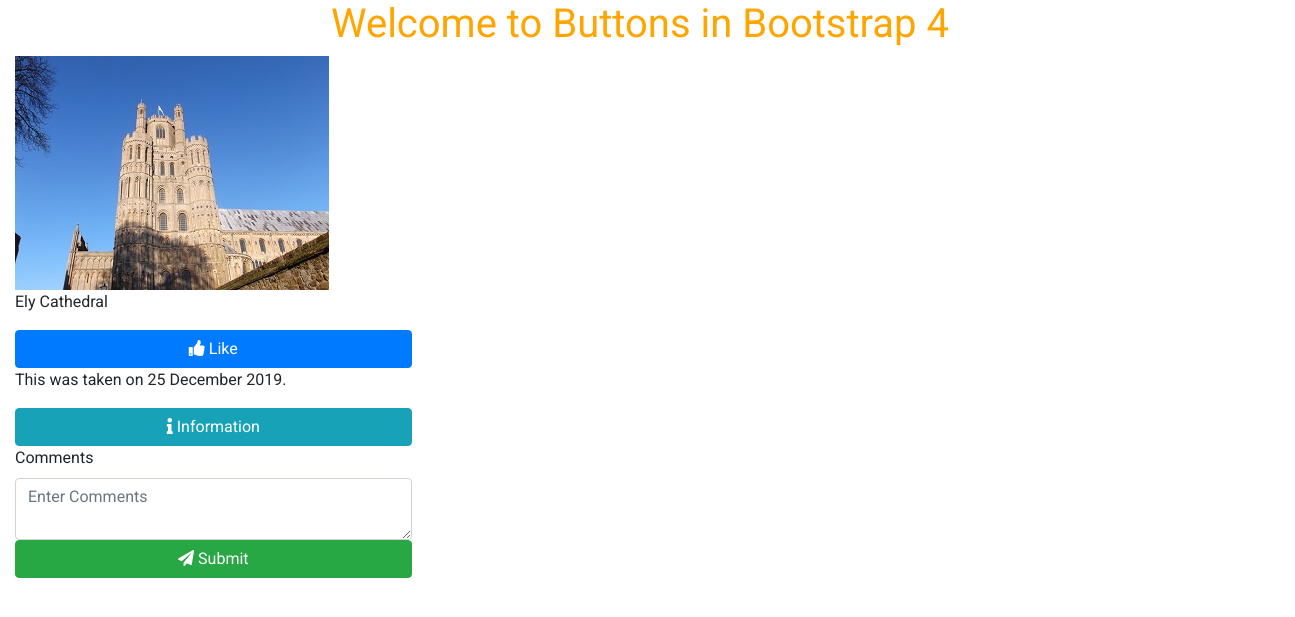
Repository: derektypist/buttons-in-bootstrap-4
Page: index.html
The author's editor kept a record of every edit. The page is drawn from the files as they stood at one moment, then again after the next edit.
The browser window is 1280 px wide. The page is 1280 px wide, then 1295 px, so the pictures cover 1295 px, including what lies to the right of the window. The pictures show the whole page.
Some web libraries are served in a nearby version.

Above is the page before.

After the next edit:
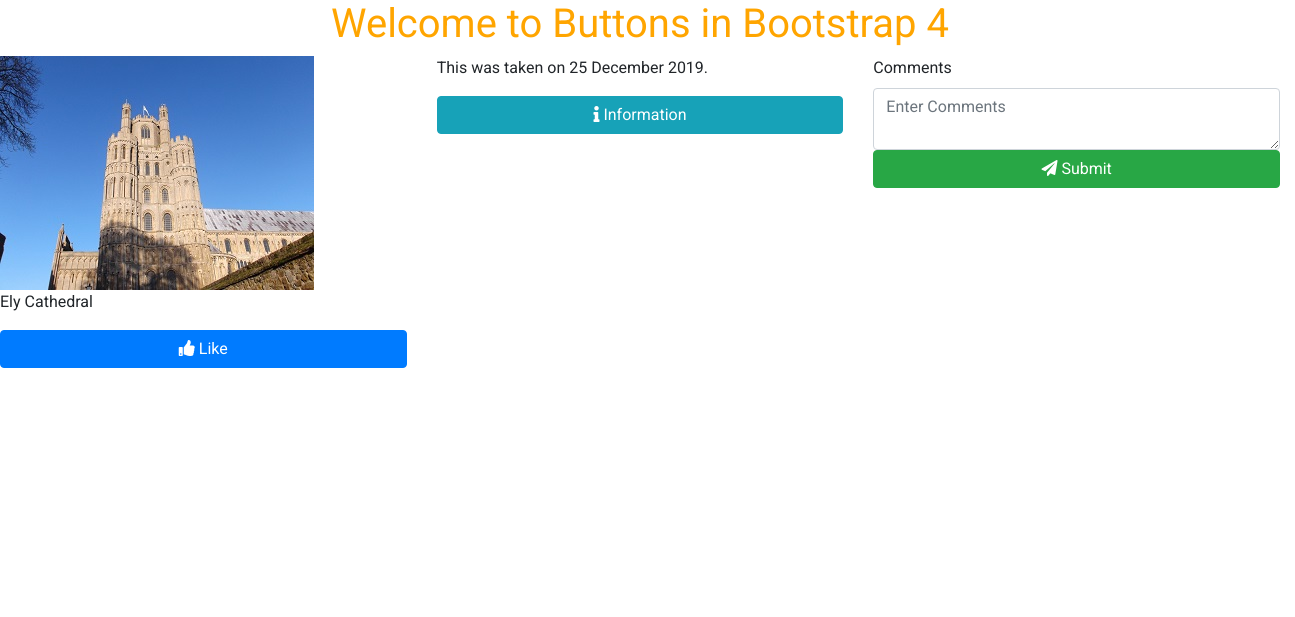
The edit:
--- a/index.html
+++ b/index.html
@@ -17,6 +17,7 @@
     <!-- Set Up Section -->
     <section>
         <!-- Set Up Article -->
+        <article class="row">
         <article class="col-sm-4">
             <!-- Display Image -->
             <figure>
